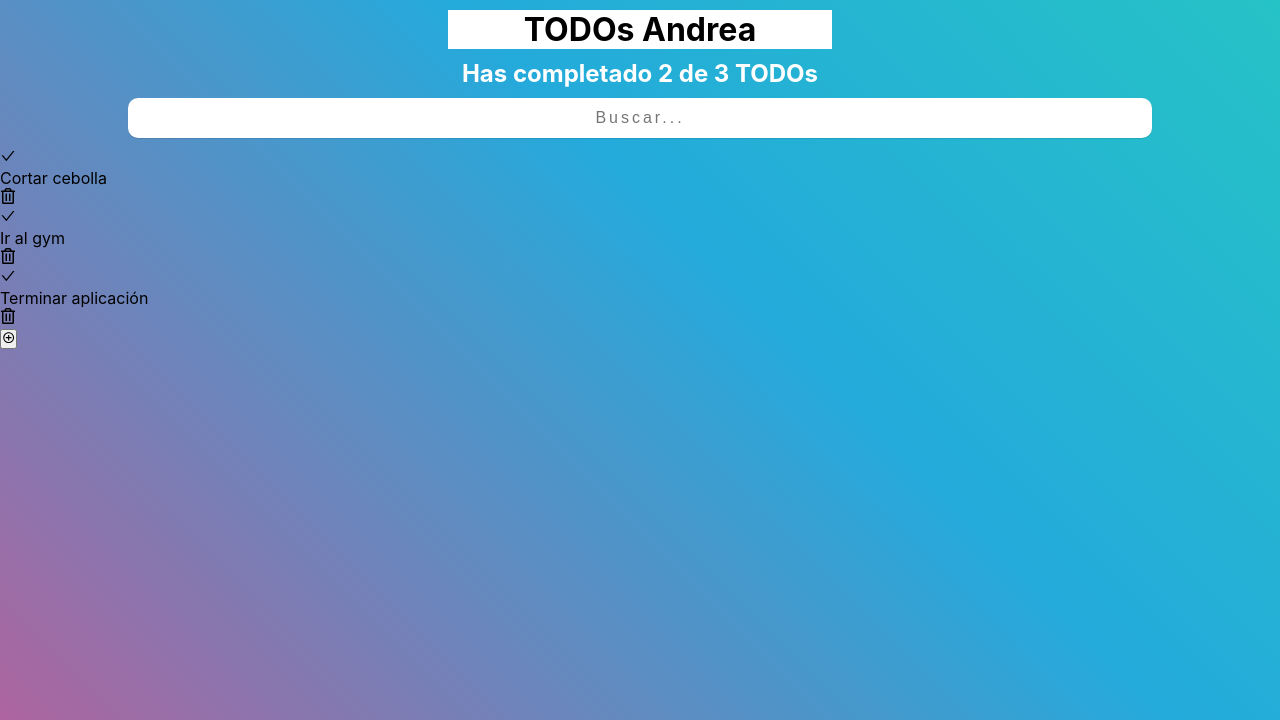
Repository: Pandrea-hub/TODOs
Page: /
These files come from the project's save history. The page is drawn as it stood at one moment and after the next save; the edit follows.
The browser window is 1280 px wide. The pictures show the whole page.
The project was rebuilt for these pictures with package versions that can differ from the ones it lists, and the page was loaded fresh each time. Also part of the build but not shown: src/TodoItem.css.

Above is the page before, as saved 2022-06-07 09:44:02.

### src/index.js
import React from 'react';
import ReactDOM from 'react-dom/client';
import './index.css';
import App from './App';


const root = ReactDOM.createRoot(document.getElementById('root'));
root.render(
  <App/>
);

### src/index.css
body {
  margin: 0;
  font-family: -apple-system, BlinkMacSystemFont, 'Segoe UI', 'Roboto', 'Oxygen',
    'Ubuntu', 'Cantarell', 'Fira Sans', 'Droid Sans', 'Helvetica Neue',
    sans-serif;
  -webkit-font-smoothing: antialiased;
  -moz-osx-font-smoothing: grayscale;
}

code {
  font-family: source-code-pro, Menlo, Monaco, Consolas, 'Courier New',
    monospace;
}

#root{
  width: 100%;
  height: 100%;
  position: absolute;
  background: linear-gradient(45deg,#F17C58, #E94584, #24AADB , #27DBB1,#FFDC18, #FF3706);
  background-size: 600% 100%;
  animation: gradient 16s linear infinite;
  animation-direction: alternate;
}

@keyframes gradient {
  0% {background-position: 0%}
  100% {background-position: 100%}
}

### src/App.js
import './App.css';
import React from 'react';
import { TodoCounter } from './TodoCounter';
import { TodoItem } from './TodoItem';
import { CreateTodoButton } from './CreateTodoButton';
import { TodoList } from './TodoList';
import { TodoSearch } from './TodoSearch';


const todos = [
  {text: 'Cortar cebolla',completed: false},
  {text: 'Ir al gym',completed: false},
  {text: 'Terminar aplicación',completed: false},
]


function App() {
  return (
    <React.Fragment>
      <TodoCounter />
      <TodoSearch />


      <TodoList>
        {todos.map(todo =>(
          <TodoItem key={todo.text} text={todo.text} completed={todo.completed}/>
        ))}
      </TodoList>
      <CreateTodoButton />
    </React.Fragment>

  );
}

export default App;

### src/App.css
*{
  margin: 0;
  padding: 0;
  box-sizing: border-box;
}

.App {
  text-align: center;
}


.App-logo {
  height: 40vmin;
  pointer-events: none;
}

@media (prefers-reduced-motion: no-preference) {
  .App-logo {
    animation: App-logo-spin infinite 20s linear;
  }
}

.App-header {
  background-color: #282c34;
  min-height: 100vh;
  display: flex;
  flex-direction: column;
  align-items: center;
  justify-content: center;
  font-size: calc(10px + 2vmin);
  color: white;
}

.App-link {
  color: #61dafb;
}

@keyframes App-logo-spin {
  from {
    transform: rotate(0deg);
  }
  to {
    transform: rotate(360deg);
  }
}

### src/TodoCounter.js
import React from 'react';
import './TodoCounter.css';

function TodoCounter(){
    return (
        <div className='title'>
            <h1>TODOs Andrea</h1>
            <h2 className='TodoCounter'>Has completado 2 de 3 TODOs</h2>
        </div>
    );
}

export { TodoCounter };

### src/TodoItem.js
import React from 'react';
import './TodoItem.css';
import {AiOutlineCheck} from 'react-icons/ai';
import {FaRegTrashAlt} from 'react-icons/fa';

function TodoItem(props){
    return (
        <li className='TodoItem'>
            <span className={`Icon Icon-check ${props.completed && 'Icon-check--activate' }`}>
                <AiOutlineCheck />
            </span>
            <p className={`TodoItem-p ${props.completed && 'TodoItem-p--complete'}`}>
                {props.text}
            </p>
            <span className='Icon Icon-delete'>
               <FaRegTrashAlt />
            </span>
        </li>
    );

}

export {TodoItem};

### src/CreateTodoButton.js
import React from 'react';
import {IoMdAddCircleOutline} from 'react-icons/io';

function CreateTodoButton(props){
    return(
        <button>
            <IoMdAddCircleOutline />
        </button>
    );
}

export {CreateTodoButton};

### src/TodoList.js
import React from "react";


function TodoList(props){
    return(
        <section>
            <ul>
                {props.children}
            </ul>
        </section>

    );
}


export {TodoList};

### src/TodoSearch.js
import React from 'react';
import './TodoSearch.css';

function TodoSearch(){
    return(
        <input placeholder="Buscar..." />
    );
}

export { TodoSearch};

### src/TodoCounter.css
.title{
    text-align: center;
    color:white;
}

.title h1{
    color:black;
    background-color:white;
    width: 30%;
    margin: 10px auto;
}

@media screen and (max-width:800px) {
    .title h1{
        width: 50%;
    }
}

### src/TodoSearch.css
input {
    outline: none;
    width: 80%;
    height: 40px;
    margin: 10px 10%;
    text-align: center;
    letter-spacing: 3px;
    font-size: 16px;
    border:none;
    border-radius: 10px;
    box-shadow: 0 1px 1px 0 rgb(0 0 0 / 10%);

}

Loaded but not shown: public/index.html (common file)

After the next save:
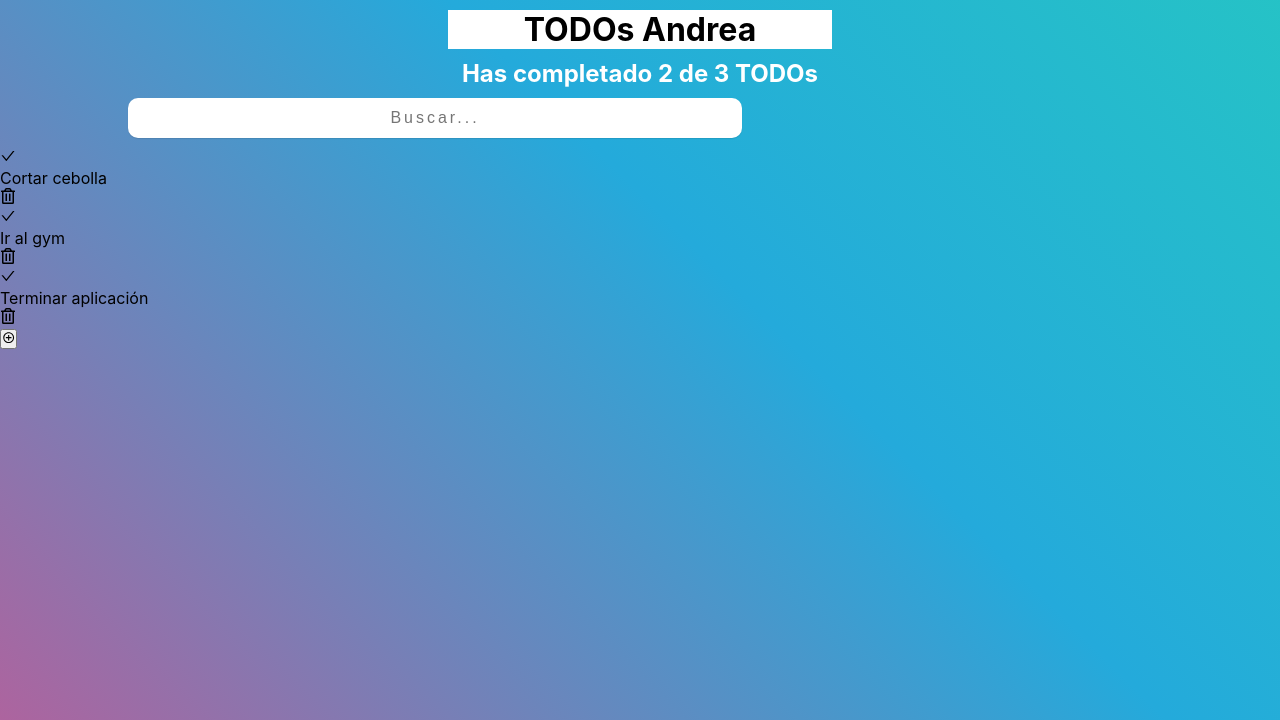
Saved 12 s later.
--- a/src/TodoSearch.css
+++ b/src/TodoSearch.css
@@ -9,5 +9,5 @@ input {
     border:none;
     border-radius: 10px;
     box-shadow: 0 1px 1px 0 rgb(0 0 0 / 10%);
-
+   max-width: 614px;
 }
